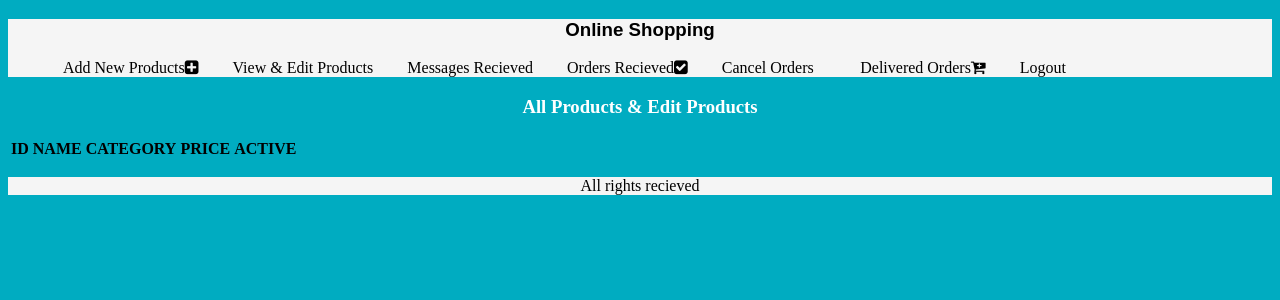
Repository: NidhiDaniel/E-Cart
Page: http://localhost/Online-Shopping-Cart/admin/product-view.jsp
An editor plug-in stored every save of this project. The page is shown before and after the next save, followed by the edit.
The browser window is 1280 px wide. The pictures show the whole page.
Some icons come from a web library that is not loaded, so they are not drawn. The page is served by Tomcat 9. Queries for data that is not in the repository find no rows.

Above is the page before, as saved 2024-01-06 04:42:53.

After the next save:
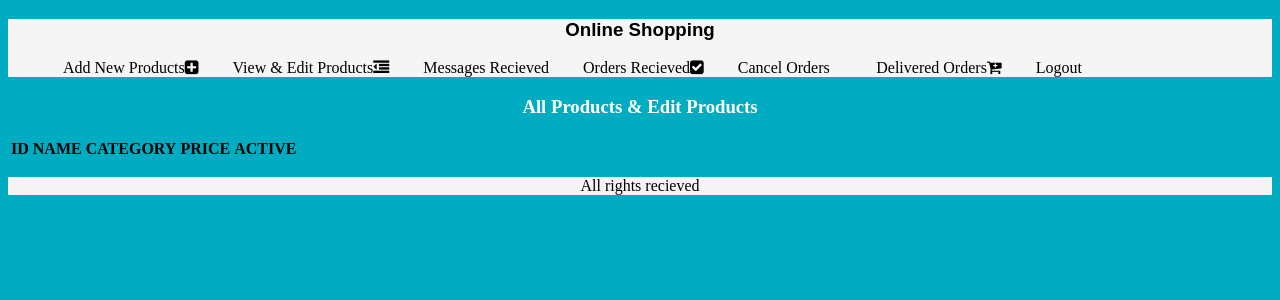
Saved 63 s later.
--- a/Online-Shopping-Cart/src/main/webapp/admin/adminheader.jsp
+++ b/Online-Shopping-Cart/src/main/webapp/admin/adminheader.jsp
@@ -14,7 +14,7 @@
 	   <h3>Online Shopping</h3>
 		<ul>
 			<li><a href="addproduct.jsp"> Add New Products<i class="fa fa-plus-square"></i></a></li>
-			<li><a href="product-view.jsp"> View & Edit Products<i class="fa fa-elementor"></i></a></li>
+			<li><a href="product-view.jsp"> View & Edit Products<i class="fa fa-outdent"></i></a></li>
 			<li><a href="#"> Messages Recieved<i class="fas fa-comment-alt"></i></a></li>
 			<li><a href="#"> Orders Recieved<i class="fa fa-check-square"></i></a></li>
 			<li><a href="#"> Cancel Orders<i class="fas fa-window-close"></i></a></li>
